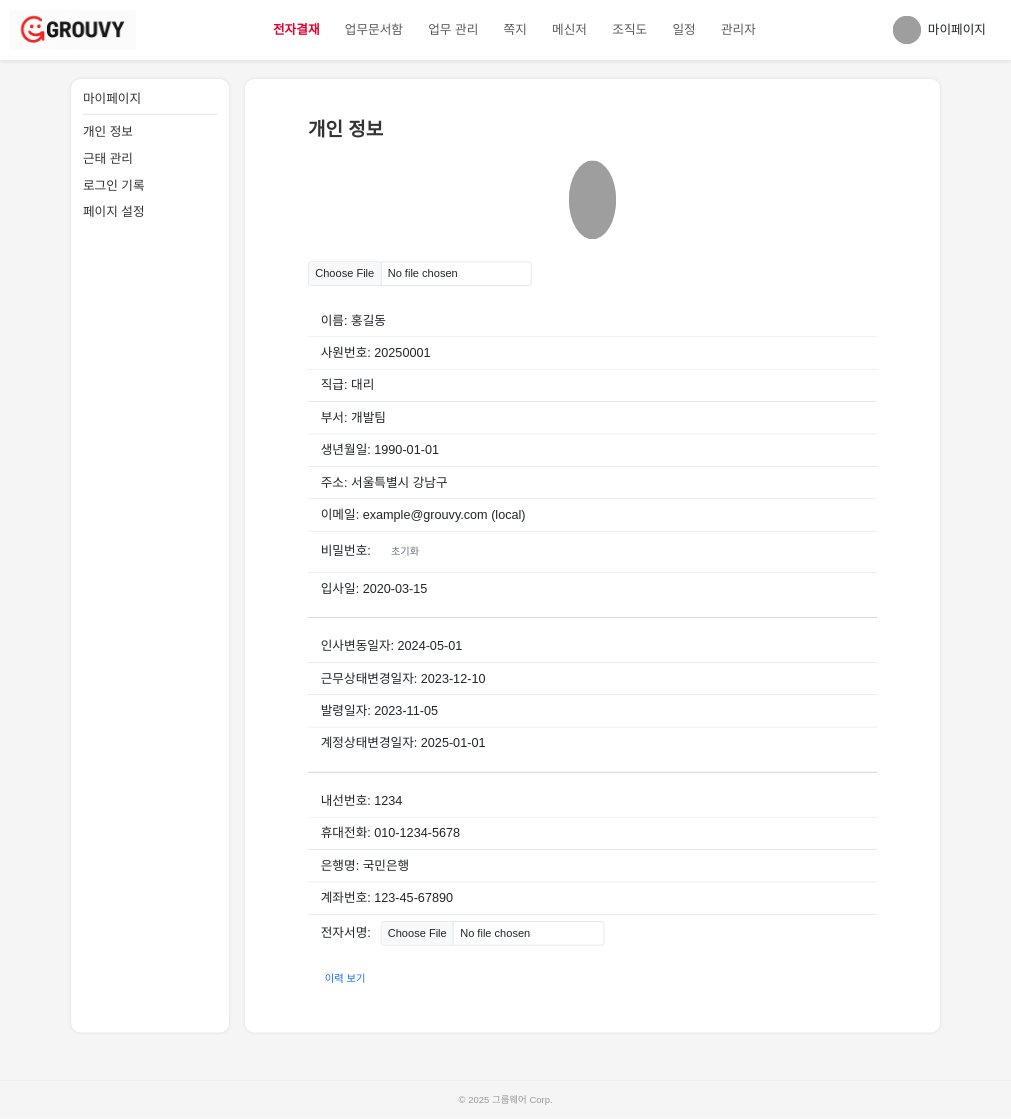
Repository: hyunbin7664/web-java-workspace
Page: groupware/src/main/webapp/mypage_profile.html
The author's editor kept a copy of each file at every save. The page is drawn from the files as they stood at one save, then again after the next save.
The browser window is 1280 px wide. The pictures show the whole page, at 79% of full size.
Pictures or frames that could not be fetched are drawn as grey boxes.

Above is the page before, as saved 2025-07-08 07:50:45.

After the next save:
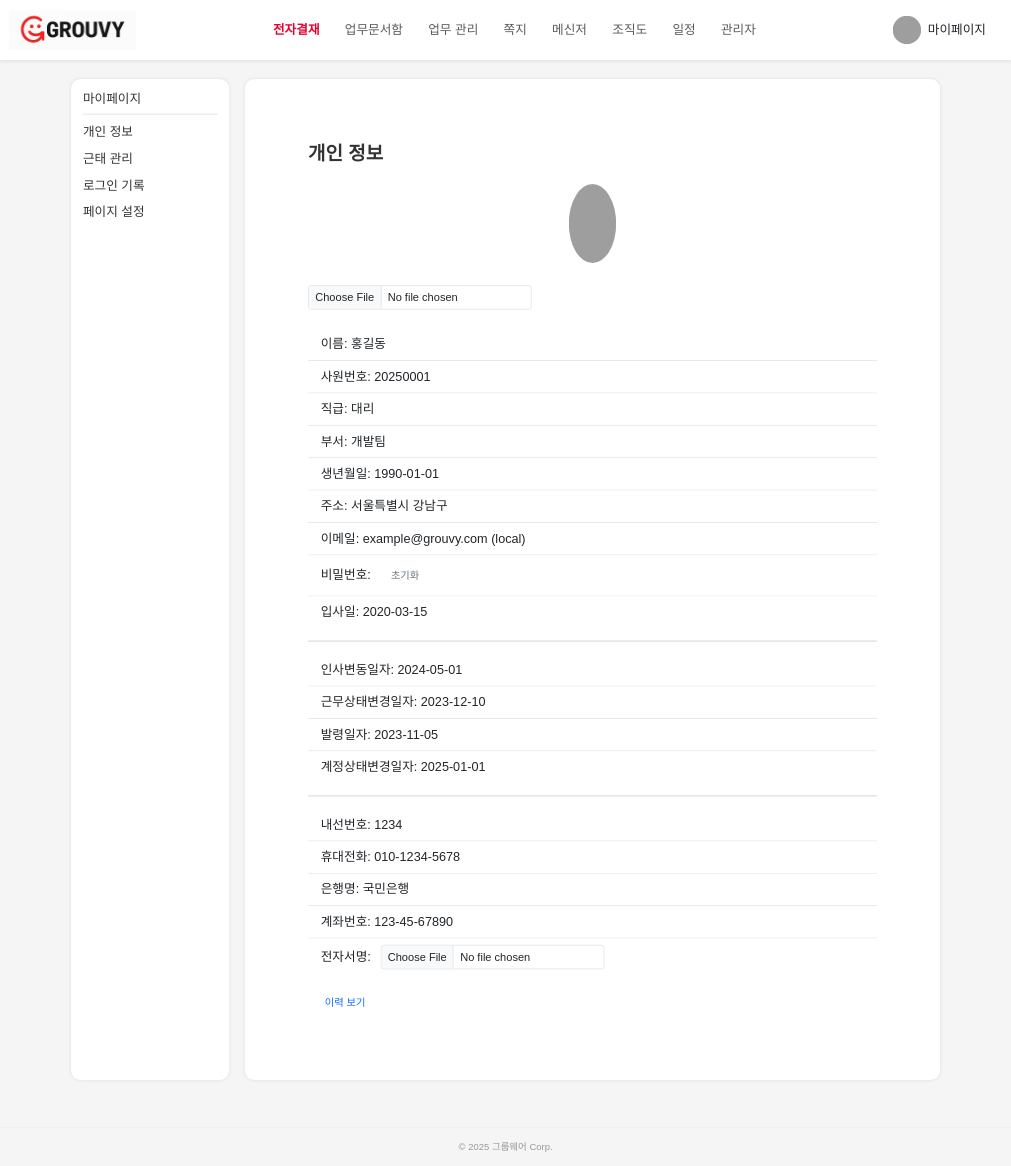
Saved 7 s later.
--- a/groupware/src/main/webapp/mypage_profile.html
+++ b/groupware/src/main/webapp/mypage_profile.html
@@ -83,7 +83,7 @@ body {
 .main-content {
 	flex: 1;
 	background-color: white;
-	padding: 50px 80px;
+	padding: 80px;
 	text-align: center;
 	border-radius: 12px;
 	box-shadow: 0 0 5px rgba(0, 0, 0, 0.1);
